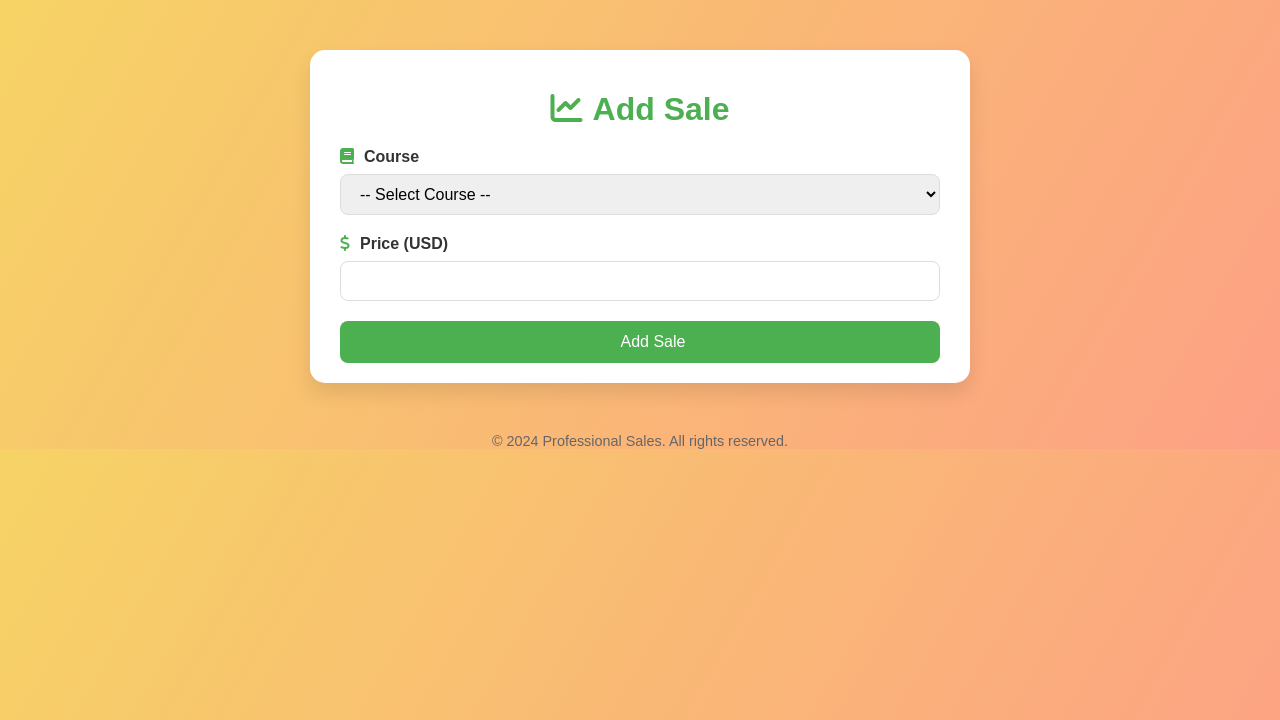
Repository: Syed1818/project
Page: http://localhost/add_sales.php
An editor plug-in stored every save of this project. The page is shown before and after the next save, followed by the edit.
The browser window is 1280 px wide. The pictures show the whole page.
The page is run by PHP 8.4 with error messages shown; the project is at /var/www/html/. Queries for data that is not in the repository find no rows.

Above is the page before, as saved 2024-12-07 17:30:47.

### add_sales.php
<?php
include 'connect.php';

$message = "";

// Fetch course options
$course_query = "SELECT id, title FROM courses";
$course_result = $conn->query($course_query);

// Handle form submission
if ($_SERVER['REQUEST_METHOD'] === 'POST') {
    $course_id = $_POST['course_id'];
    $price = $_POST['price'];

    if ($course_id && $price) {
        $stmt = $conn->prepare("INSERT INTO sales (course_id, price) VALUES (?, ?)");
        $stmt->bind_param("id", $course_id, $price);
        if ($stmt->execute()) {
            $message = "Sale record added successfully!";
        } else {
            $message = "Error adding sale: " . $conn->error;
        }
        $stmt->close();
    } else {
        $message = "All fields are required.";
    }
}
?>
<!DOCTYPE html>
<html lang="en">
<head>
    <meta charset="UTF-8">
    <meta name="viewport" content="width=device-width, initial-scale=1.0">
    <title>Add Sale</title>
    <!-- Font Awesome for icons -->
    <link rel="stylesheet" href="https://cdnjs.cloudflare.com/ajax/libs/font-awesome/6.0.0-beta3/css/all.min.css">
    <style>
        body {
            font-family: 'Poppins', sans-serif;
            margin: 0;
            padding: 0;
            background: linear-gradient(120deg, #f6d365, #fda085);
            color: #333;
        }
        .container {
            max-width: 600px;
            margin: 50px auto;
            padding: 20px 30px;
            background: #fff;
            border-radius: 15px;
            box-shadow: 0 10px 20px rgba(0, 0, 0, 0.1);
            position: relative;
        }
        h1 {
            font-size: 2rem;
            text-align: center;
            color: #4CAF50;
            margin-bottom: 20px;
        }
        form {
            display: flex;
            flex-direction: column;
        }
        label {
            margin-bottom: 8px;
            font-weight: bold;
        }
        input, select {
            padding: 10px 15px;
            margin-bottom: 20px;
            border: 1px solid #ddd;
            border-radius: 8px;
            font-size: 1rem;
            width: 100%;
            box-sizing: border-box;
        }
        input:focus, select:focus {
            border-color: #4CAF50;
            outline: none;
            box-shadow: 0 0 5px rgba(76, 175, 80, 0.5);
        }
        button {
            padding: 12px 20px;
            font-size: 1rem;
            color: #fff;
            background-color: #4CAF50;
            border: none;
            border-radius: 8px;
            cursor: pointer;
            transition: background-color 0.3s ease;
        }
        button:hover {
            background-color: #45a049;
        }
        .message {
            font-size: 1rem;
            font-weight: bold;
            color: #28a745;
            margin-bottom: 20px;
            text-align: center;
        }
        .icon {
            margin-right: 10px;
            color: #4CAF50;
        }
        .back-link {
            position: absolute;
            top: -40px;
            left: 20px;
            text-decoration: none;
            font-size: 1.2rem;
            color: #4CAF50;
            transition: color 0.3s ease;
        }
        .back-link:hover {
            color: #45a049;
        }
        .footer {
            text-align: center;
            margin-top: 20px;
            font-size: 0.9rem;
            color: #666;
        }
    </style>
</head>
<body>
    <a href="index.php" class="back-link"><i class="fas fa-arrow-left icon"></i>Back</a>
    <div class="container">
        <h1><i class="fas fa-chart-line icon"></i>Add Sale</h1>
        <?php if ($message): ?>
            <p class="message"><i class="fas fa-check-circle icon"></i><?php echo $message; ?></p>
        <?php endif; ?>
        <form method="POST" id="saleForm">
            <label for="course_id"><i class="fas fa-book icon"></i>Course</label>
            <select name="course_id" id="course_id" required>
                <option value="">-- Select Course --</option>
                <?php if ($course_result && $course_result->num_rows > 0): ?>
                    <?php while ($course = $course_result->fetch_assoc()): ?>
                        <option value="<?php echo $course['id']; ?>">
                            <?php echo htmlspecialchars($course['title']); ?>
                        </option>
                    <?php endwhile; ?>
                <?php else: ?>
                    <option value="">No courses available</option>
                <?php endif; ?>
            </select>

            <label for="price"><i class="fas fa-dollar-sign icon"></i>Price (USD)</label>
            <input type="number" name="price" id="price" step="0.01" min="0" readonly required>

            <button type="submit"><i class="fas fa-plus-circle icon"></i>Add Sale</button>
        </form>
    </div>
    <div class="footer">
        &copy; 2024 Professional Sales. All rights reserved.
    </div>

    <script src="https://code.jquery.com/jquery-3.6.0.min.js"></script>
    <script>
        $(document).ready(function () {
            $('#course_id').change(function () {
                const courseId = $(this).val();
                if (courseId) {
                    $.ajax({
                        url: 'get_course_price.php',
                        type: 'GET',
                        data: { course_id: courseId },
                        success: function (data) {
                            $('#price').val(data);
                        },
                        error: function () {
                            alert('Error fetching course price');
                        }
                    });
                } else {
                    $('#price').val('');
                }
            });
        });
    </script>
</body>
</html>

### connect.php
<?php
$host = '127.0.0.1'; // Database host (localhost in most cases)
$db = 'elearning'; // Your database name
$user = 'myadmin'; // MySQL username
$pass = 'syedshahid@123'; // MySQL password

// Create a MySQLi connection
$conn = new mysqli($host, $user, $pass, $db);

// Check the connection
if ($conn->connect_error) {
    die("Connection failed: " . $conn->connect_error);
}
?>

After the next save:
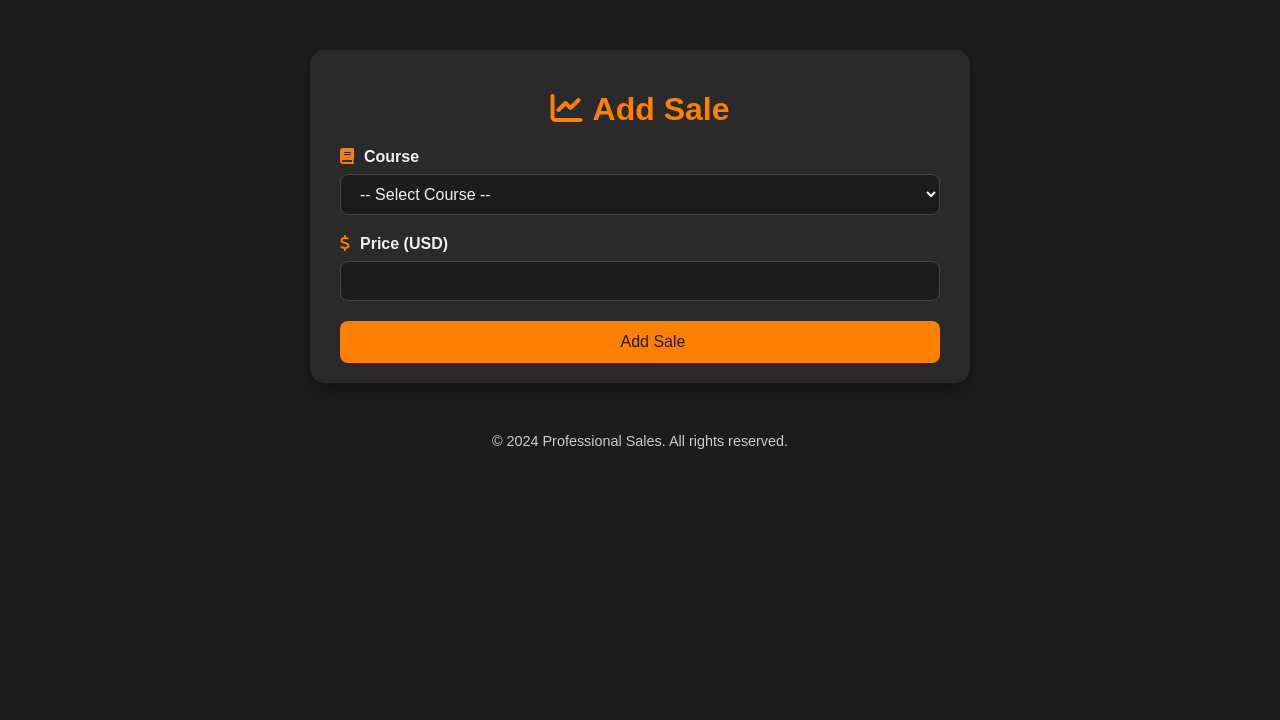
Saved 93 s later.
--- a/add_sales.php
+++ b/add_sales.php
@@ -39,22 +39,22 @@ if ($_SERVER['REQUEST_METHOD'] === 'POST') {
             font-family: 'Poppins', sans-serif;
             margin: 0;
             padding: 0;
-            background: linear-gradient(120deg, #f6d365, #fda085);
-            color: #333;
+            background: #1c1c1c; /* Black background */
+            color: #f1f1f1; /* Light text */
         }
         .container {
             max-width: 600px;
             margin: 50px auto;
             padding: 20px 30px;
-            background: #fff;
+            background: #2a2a2a; /* Dark gray container */
             border-radius: 15px;
-            box-shadow: 0 10px 20px rgba(0, 0, 0, 0.1);
+            box-shadow: 0 10px 20px rgba(0, 0, 0, 0.3);
             position: relative;
         }
         h1 {
             font-size: 2rem;
             text-align: center;
-            color: #4CAF50;
+            color: #ff7f00; /* Orange */
             margin-bottom: 20px;
         }
         form {
@@ -68,29 +68,31 @@ if ($_SERVER['REQUEST_METHOD'] === 'POST') {
         input, select {
             padding: 10px 15px;
             margin-bottom: 20px;
-            border: 1px solid #ddd;
+            border: 1px solid #444;
             border-radius: 8px;
             font-size: 1rem;
             width: 100%;
+            background: #1c1c1c; /* Dark background */
+            color: #f1f1f1; /* Light text */
             box-sizing: border-box;
         }
         input:focus, select:focus {
-            border-color: #4CAF50;
+            border-color: #ff7f00; /* Orange */
             outline: none;
-            box-shadow: 0 0 5px rgba(76, 175, 80, 0.5);
+            box-shadow: 0 0 5px rgba(255, 127, 0, 0.5);
         }
         button {
             padding: 12px 20px;
             font-size: 1rem;
-            color: #fff;
-            background-color: #4CAF50;
+            color: #1c1c1c; /* Black text */
+            background-color: #ff7f00; /* Orange */
             border: none;
             border-radius: 8px;
             cursor: pointer;
             transition: background-color 0.3s ease;
         }
         button:hover {
-            background-color: #45a049;
+            background-color: #e56d00; /* Darker orange */
         }
         .message {
             font-size: 1rem;
@@ -101,7 +103,7 @@ if ($_SERVER['REQUEST_METHOD'] === 'POST') {
         }
         .icon {
             margin-right: 10px;
-            color: #4CAF50;
+            color: #ff7f00; /* Orange */
         }
         .back-link {
             position: absolute;
@@ -109,17 +111,17 @@ if ($_SERVER['REQUEST_METHOD'] === 'POST') {
             left: 20px;
             text-decoration: none;
             font-size: 1.2rem;
-            color: #4CAF50;
+            color: #ff7f00; /* Orange */
             transition: color 0.3s ease;
         }
         .back-link:hover {
-            color: #45a049;
+            color: #e56d00; /* Darker orange */
         }
         .footer {
             text-align: center;
             margin-top: 20px;
             font-size: 0.9rem;
-            color: #666;
+            color: #ccc;
         }
     </style>
 </head>
